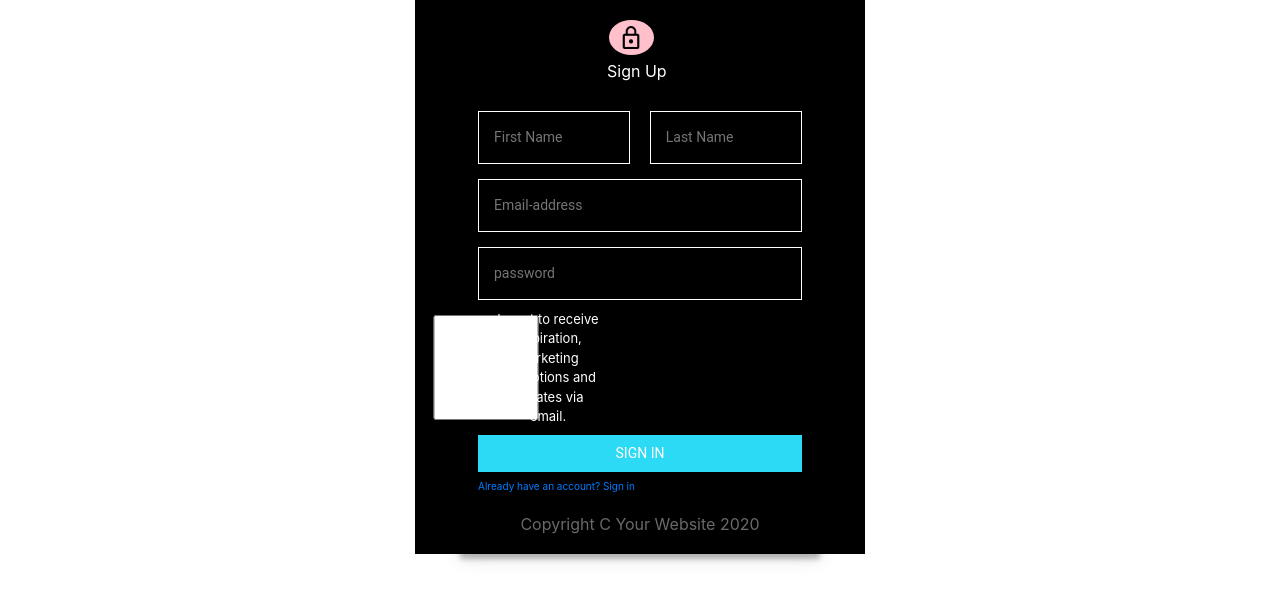
Repository: andbilous/cursor-styled-components
Page: /sign-up
The author's editor kept a copy of each file at every save. The page is drawn from the files as they stood at one save, then again after a run of saves.
The browser window is 1280 px wide. The pictures show the whole page.
The project was rebuilt for these pictures with package versions that can differ from the ones it lists, and the page was loaded fresh each time. Also part of the build but not shown: src/App.css, src/components/SignInForm.jsx.

Above is the page before, as saved 2020-04-19 16:48:33.

### src/App.js
import React from 'react';
import {
  BrowserRouter as Router,
  Switch,
  Route,
  Link
} from "react-router-dom";
import './App.css';
import SignInForm from './components/SignInForm';
import SignUpForm from './components/SignUpForm';

function App() {
  return (
   <Router>
      <Switch>
          <Route exact path="/sign-in">
            <SignInForm />
          </Route>
          <Route path="/sign-up">
            <SignUpForm />
          </Route>
        </Switch>
   </Router>
  );
}

export default App;

### src/components/SignUpForm.jsx
import React from 'react';
import styled from "styled-components";

const SignUpFormStyles = styled.div`
*{
  box-sizing: border-box;
}
.login-page {
  width: 450px;
  margin: auto;
  background: #000;
}
.form {
  position: relative;
  z-index: 1;
  max-width: 360px;
  margin: 0 auto;
  margin-top:10px;
  padding: 18px;
  text-align: center;
  box-shadow: 0 0 20px 0 rgba(0, 0, 0, 0.2), 0 5px 5px 0 rgba(0, 0, 0, 0.24);
}
.form input {
  font-family: "Roboto", sans-serif;
  outline: 0;
  border: 1px solid #fff;
  background:transparent;
  width: 100%;
  margin: 0 0 15px;
  padding: 15px;
  font-size: 14px;
}
.form input[type="checkbox"]{
  transform: translateX(-100px);
}
.form button {
  font-family: "Roboto", sans-serif;
  text-transform: uppercase;
  outline: 0;
  background: #2cdaf5;
  width: 100%;
  border: 0;
  padding: 8px;
  color: #FFFFFF;
  font-size: 14px;
  -webkit-transition: all 0.3 ease;
  transition: all 0.3 ease;
  cursor: pointer;
}
.form button:hover,.form button:active,.form button:focus {
  background: #43A047;
}
.form .message {
  margin: 15px 0 0;
  color: #b3b3b3;
  font-size: 12px;
}
.form .message a {
  color: #4CAF50;
  text-decoration: none;
}
.container {
  position: relative;
  z-index: 1;
  max-width: 300px;
  margin: 0 auto;
}
.container:before, .container:after {
  content: "";
  display: block;
  clear: both;
}
.container .info {
  margin: 50px auto;
  text-align: center;
}
.container .info h1 {
  margin: 0 0 15px;
  padding: 0;
  font-size: 36px;
  font-weight: 300;
  color: #1a1a1a;
}
.container .info span {
  color: #4d4d4d;
  font-size: 12px;
}
.container .info span a {
  color: #000000;
  text-decoration: none;
}
.container .info span .fa {
  color: #EF3B3A;
}
body {
  background: #76b852; /* fallback for old browsers */
  background: -webkit-linear-gradient(right, #76b852, #8DC26F);
  background: -moz-linear-gradient(right, #76b852, #8DC26F);
  background: -o-linear-gradient(right, #76b852, #8DC26F);
  background: linear-gradient(to left, #76b852, #8DC26F);
  font-family: "Roboto", sans-serif;
  -webkit-font-smoothing: antialiased;
  -moz-osx-font-smoothing: grayscale;
}
.links{
  display:flex
}
.remember{
color:#fff;
}
.additional{
 color: #2cdaf5;
 display: flex;
 justify-content: space-between;
}
.additional a{
  font-size:10px
 }
.img-container{
  background: pink;
  border-radius: 50%;
  width:10%;
  transform: translateY(20px);
  margin-left: 43%;
}
img{
  margin: 6px 11px;
  width: 50%;
}
.image-label{
  display:block;
  color:#fff;
  margin-left: 12rem;
  margin-top: 1.5rem;
}
.label-remember{
  display: inline-block;
  margin-bottom: .5rem;
  transform: translateX(-200px);
  font-size: 13px;
  width: 50%;
  margin-top: -5px;
}
footer{
  color: dimgrey;
}
.name{
  display:flex;
  justify-content: space-between;
}
.name input{
  width:47%
}
`


const SignUpForm =() =>{
  return (
    <SignUpFormStyles>
<div class="login-page">
  <div class='img-container'>
    <img src={require('../assets/padlock.png')}/>
    </div>
    <span class='image-label'>Sign Up</span>
  <div class="form">
    <form class="login-form">
      <div class='name'>
        <input type="text" placeholder="First Name"/>
    <input type="text" placeholder="Last Name"/></div>

    <input type="text" placeholder="Email-address"/>
      <input type="password" placeholder="password"/>
      <div class='links remember'>
        <input type="checkbox"/><label class='label-remember'>
          I want to receive inspiration, marketing promotions and updates via email.
          </label></div>
     <button>Sign In</button>
     <div class='links additional'>
       <p><a href="#">Already have an account? Sign in</a></p>
       </div>
       <footer>
       <span>Copyright C Your Website 2020</span>
       </footer>
    </form>
  </div>
</div>
    </SignUpFormStyles>

  )
}


export default  SignUpForm;

Loaded but not shown: public/index.html (common file); src/index.js (common file); src/index.css (common file); src/serviceWorker.js (common file)

After the next 2 saves:
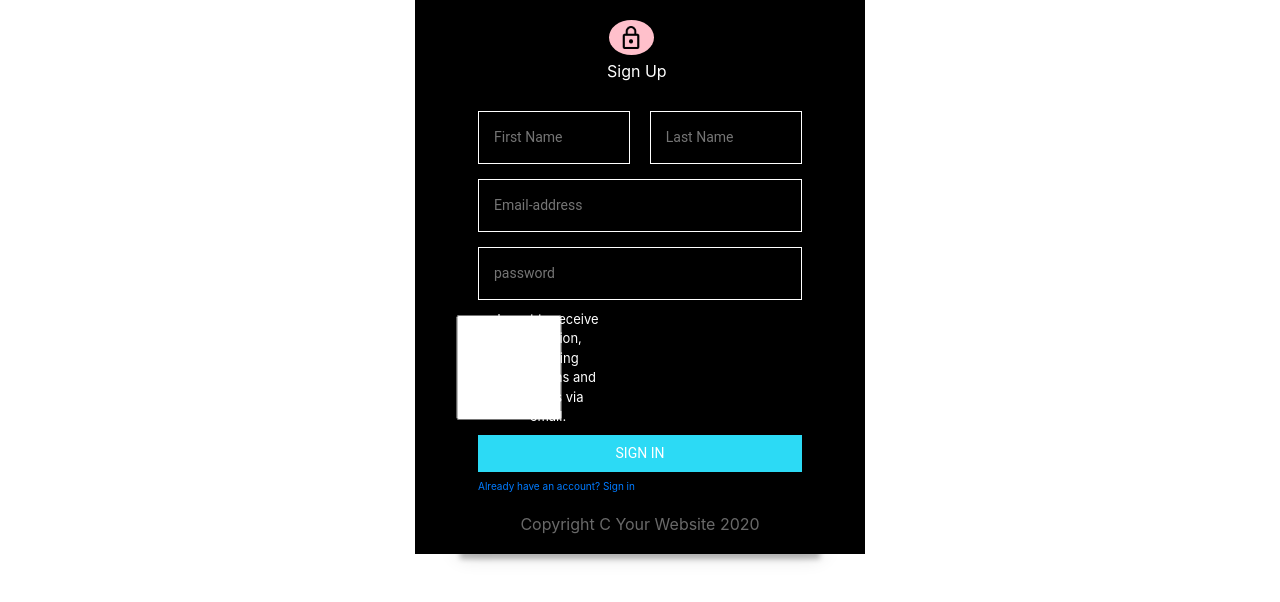
The 2 saves are shown as one change because they came seconds apart.
The last was saved 2 min 26 s later.
--- a/src/components/SignUpForm.jsx
+++ b/src/components/SignUpForm.jsx
@@ -31,7 +31,7 @@
   font-size: 14px;
 }
 .form input[type="checkbox"]{
-  transform: translateX(-100px);
+  transform: translateX(-77px);
 }
 .form button {
   font-family: "Roboto", sans-serif;

After the 3 saves that followed:
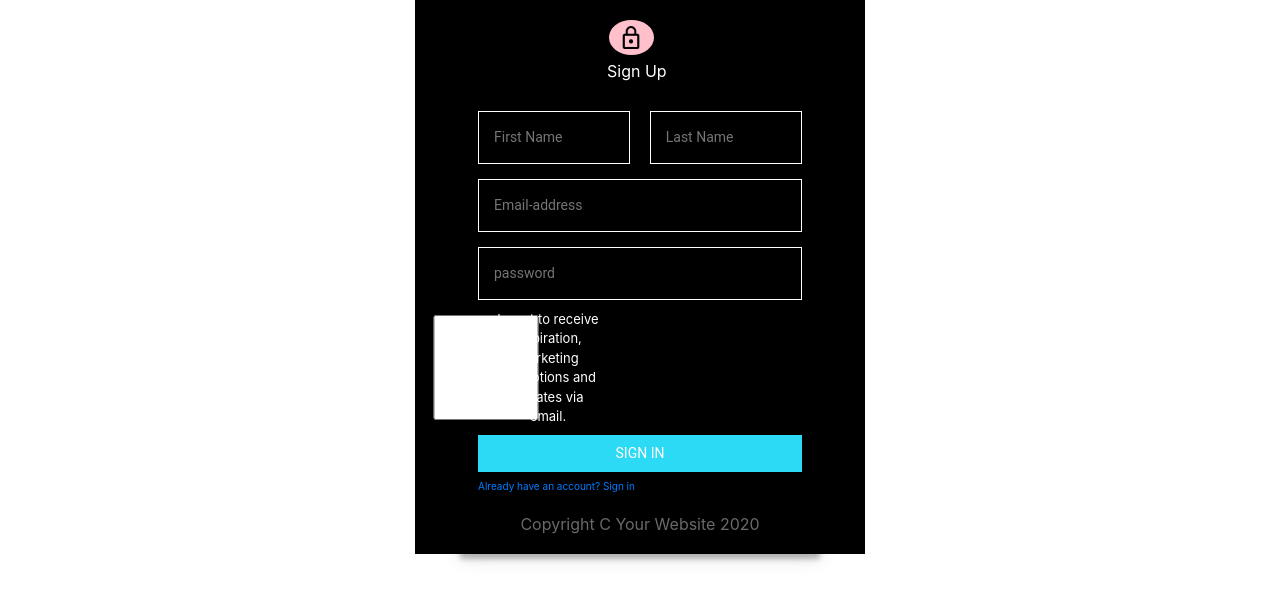
The 3 saves are shown as one change because they came seconds apart.
The last was saved 34 s later.
--- a/src/components/SignUpForm.jsx
+++ b/src/components/SignUpForm.jsx
@@ -31,7 +31,7 @@
   font-size: 14px;
 }
 .form input[type="checkbox"]{
-  transform: translateX(-77px);
+  transform: translateX(-100px);
 }
 .form button {
   font-family: "Roboto", sans-serif;
